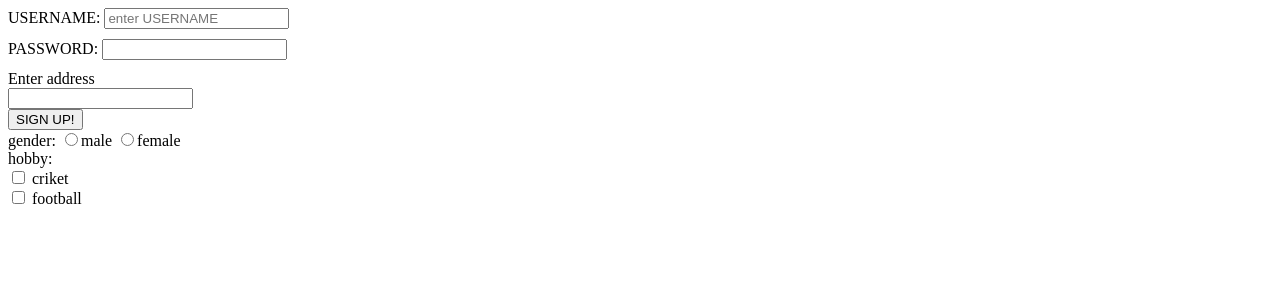
Repository: mirambialex/myform
Page: website/INDEX.HTML
An editor plug-in stored every save of this project. The page is shown before and after the next save, followed by the edit.
The browser window is 1280 px wide. The pictures show the whole page.

Above is the page before, as saved 2024-04-11 10:07:47.

After the next save:
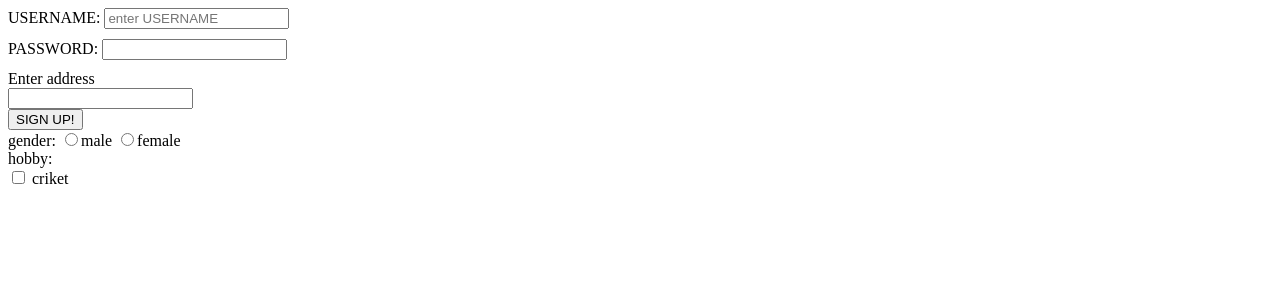
Saved 30 s later.
--- a/website/INDEX.HTML
+++ b/website/INDEX.HTML
@@ -19,8 +19,5 @@
 hobby:<br>
 <input type="checkbox" id="cricket" name="cricket" value="cricket"/>
 <label for="criket">criket</label> <br>
-<input type="checkbox" id="football" name="football" value="football"/>
-<label for="football">football</label> <br>
-<br/>
  </body>
 </html>
